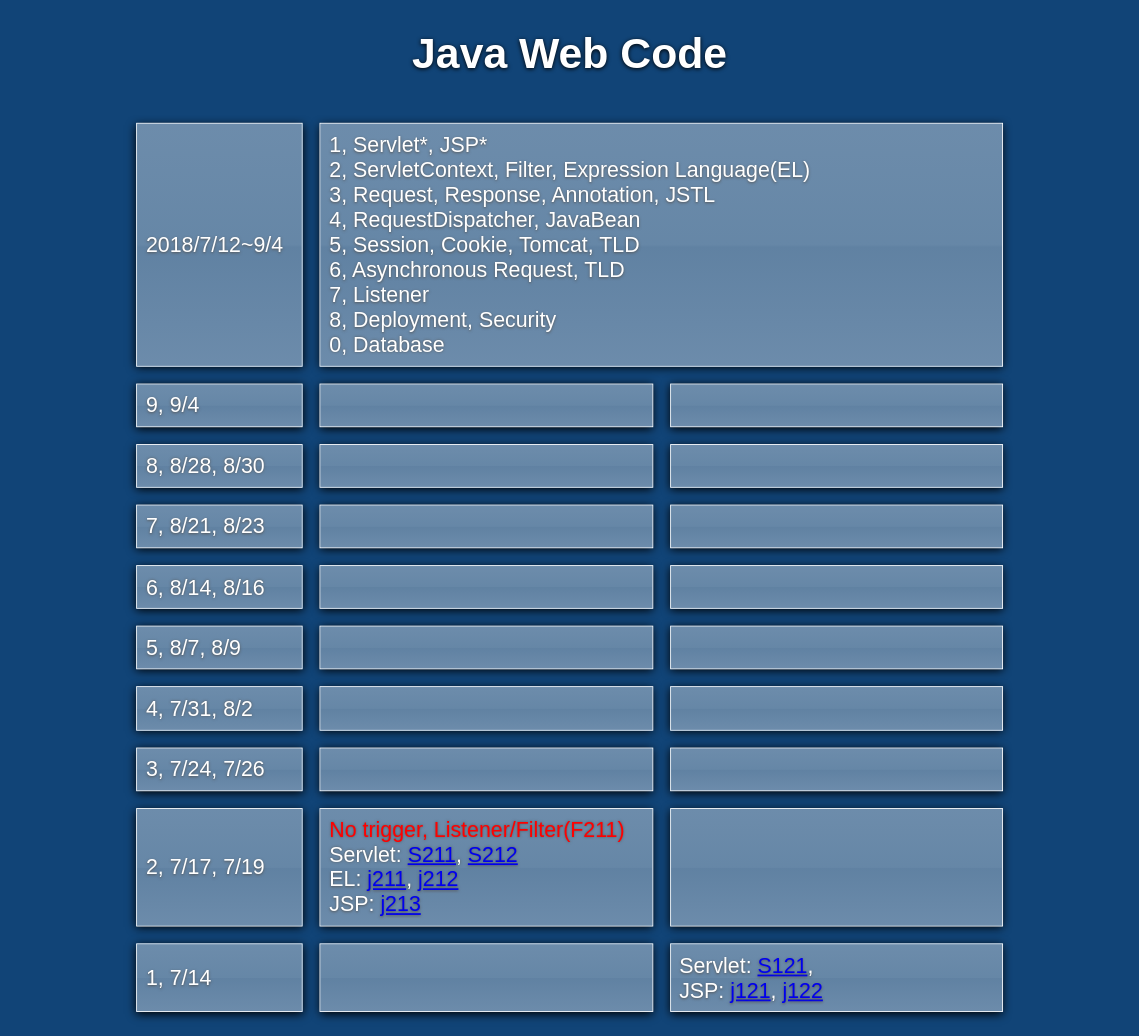
Repository: anxhuang/Java_Web
Page: code/WebContent/index.html
An editor plug-in stored every save of this project. The page is shown before and after the next save, followed by the edit.
The browser window is 1280 px wide. The pictures show the whole page, at 89% of full size.

Above is the page before, as saved 2018-07-17 11:55:58.

### code/WebContent/index.html
<!DOCTYPE html>
<html>
<head>
<meta charset="BIG5">
<title>Insert title here</title>
<style>
	body{
		font-size: 0.25in;
		font-family: Arial;
		background: #147;
		/*background-image: url("https://fsa.zobj.net/crop.php?r=ao88GxCisk4oY2NINS9REEtIWhpZOc22-qItDMLD3PM32O_JkS6wNJkg6nyYIREcmC0vWqaqI6LJaUOxd-WXbPJcJwdQ8BFboZ63vqok2a4Dr1BmLINjzf1ENB44EzZlDTbMtV754atZi7iy");*/
		/*background-size: cover;*/
	}
	h1{
		color: #FFF;
		text-shadow: 0px 2px 5px #000;
		text-align: center;
	}
	table{
		width: 80%;
		margin: 0 auto;
		border-spacing: 0.2in;
	}
	td{
		color: #FFF;
		text-shadow: 0px 1px 3px #555;
		padding: 0.1in;
		border: 1px solid #FFF;
		/*background: rgba(230,230,230,0.8);*/
		/* Permalink - use to edit and share this gradient: http://colorzilla.com/gradient-editor/#f6f8f9+0,e5ebee+50,d7dee3+51,f5f7f9+100&0.4+1,0.4+100 */
		background: -moz-linear-gradient(0deg, rgba(246,248,249,0.4) 0%, rgba(246,248,249,0.4) 1%, rgba(229,235,238,0.4) 50%, rgba(215,222,227,0.4) 51%, rgba(245,247,249,0.4) 100%); /* FF3.6-15 */
		background: -webkit-linear-gradient(0deg, rgba(246,248,249,0.4) 0%,rgba(246,248,249,0.4) 1%,rgba(229,235,238,0.4) 50%,rgba(215,222,227,0.4) 51%,rgba(245,247,249,0.4) 100%); /* Chrome10-25,Safari5.1-6 */
		background: linear-gradient(180deg, rgba(246,248,249,0.4) 0%,rgba(246,248,249,0.4) 1%,rgba(229,235,238,0.4) 50%,rgba(215,222,227,0.4) 51%,rgba(245,247,249,0.4) 100%); /* W3C, IE10+, FF16+, Chrome26+, Opera12+, Safari7+ */
		filter: progid:DXImageTransform.Microsoft.gradient( startColorstr='#b3f6f8f9', endColorstr='#b3f5f7f9',GradientType=1 ); /* IE6-9 fallback on horizontal gradient */
		box-shadow: 0px 2px 10px #000;
	}
	td:first-child{
		width: 20%;
	}
	td:nth-child(2){
		width: 40%;
	}
	td:nth-child(3){
		width: 40%;
	}
</style>
</head>
<body>

	<h1>Java Web Code</h1>

	<table>
		<tbody>
			<tr>
				<td>2018/7/12~9/4</td>
				<td colspan="2">
					1, Servlet*, JSP*<br>
					2, ServletContext, Filter, Expression Language(EL)<br>
					3, Request, Response, Annotation, JSTL<br>
					4, RequestDispatcher, JavaBean<br>
					5, Session, Cookie, Tomcat, TLD<br>
					6, Asynchronous Request, TLD<br>
					7, Listener<br>
					8, Deployment, Security<br>
					0, Database
				</td>
			</tr>
			<tr>
				<td>9, 9/4</td>
				<td></td>
				<td></td>
			</tr>
			<tr>
				<td>8, 8/28, 8/30</td>
				<td></td>
				<td></td>
			</tr>
			<tr>
				<td>7, 8/21, 8/23</td>
				<td></td>
				<td></td>
			</tr>
			<tr>
				<td>6, 8/14, 8/16</td>
				<td></td>
				<td></td>
			</tr>
			<tr>
				<td>5, 8/7, 8/9</td>
				<td></td>
				<td></td>
			</tr>
			<tr>
				<td>4, 7/31, 8/2</td>
				<td></td>
				<td></td>
			</tr>
			<tr>
				<td>3, 7/24, 7/26</td>
				<td></td>
				<td></td>
			</tr>
			<tr>
				<td>2, 7/17, 7/19</td>
				<td>
					<font color="red">No trigger, Listener/Filter(F211)</font>
					<br>
					Servlet:
					<a href="S211">S211</a>,
					<a href="S212">S212</a>
					<br>
					EL:
					<a href="j211.jsp">j211</a>,
					<a href="j212.jsp">j212</a>
					<br>
					JSP:
					<a href="j213.jsp">j213</a>
				</td>
				<td></td>
			</tr>
			<tr>
				<td>1, 7/14</td>
				<td></td>
				<td>
					Servlet:
					<a href="S121">S121</a>,
					<br>
					JSP:
					<a href="j121.jsp">j121</a>,
					<a href="j122.jsp">j122</a>
				</td>
			</tr>
		</tbody>
	</table>
</body>
</html>

After the next save:
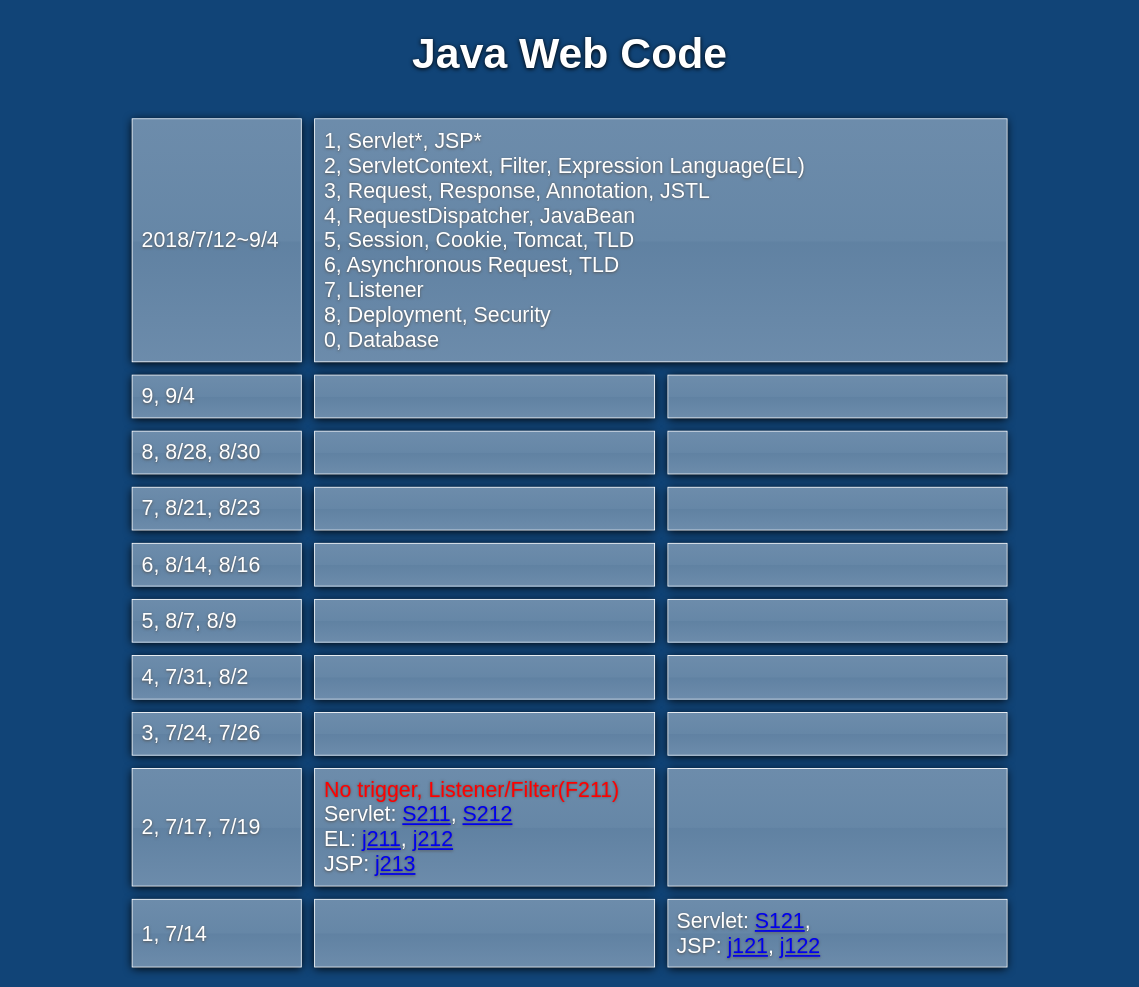
Saved 22 s later.
--- a/code/WebContent/index.html
+++ b/code/WebContent/index.html
@@ -19,7 +19,7 @@
 	table{
 		width: 80%;
 		margin: 0 auto;
-		border-spacing: 0.2in;
+		border-spacing: 0.15in;
 	}
 	td{
 		color: #FFF;
